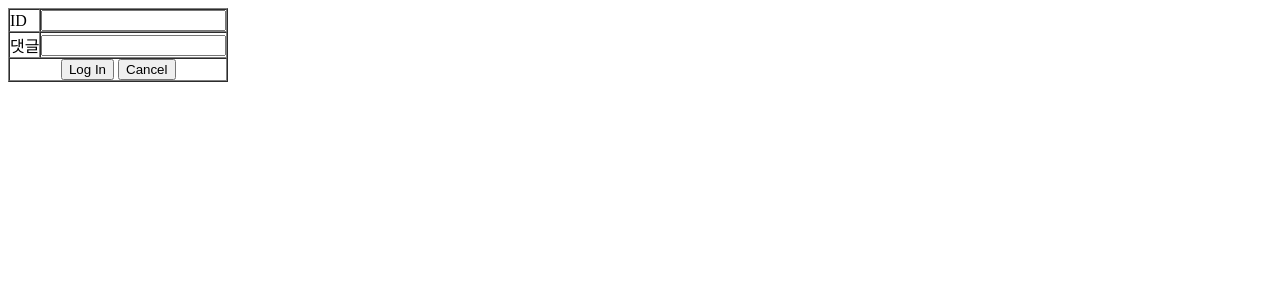
Repository: kms2413/project
Page: testing/WebContent/06_JSP/14_bean.html
An editor plug-in stored every save of this project. The page is shown before and after the next save, followed by the edit.
The browser window is 1280 px wide. The pictures show the whole page.

Above is the page before, as saved 2014-09-11 01:42:00.

After the next save:
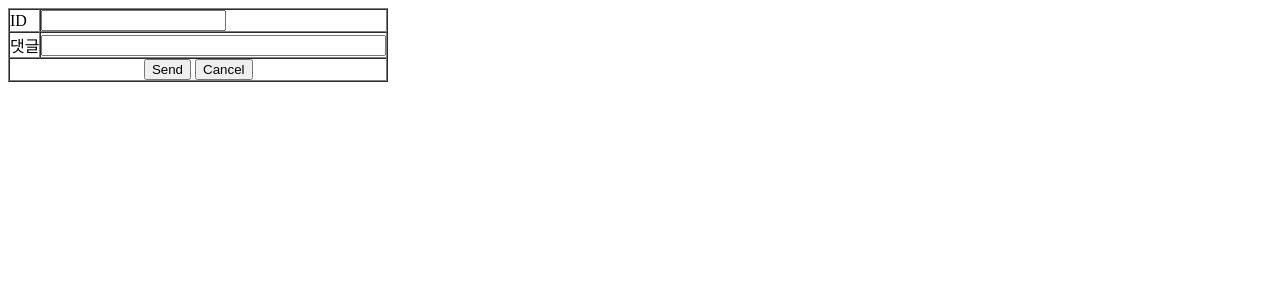
Saved 12 s later.
--- a/testing/WebContent/06_JSP/14_bean.html
+++ b/testing/WebContent/06_JSP/14_bean.html
@@ -14,12 +14,12 @@
 
 		<tr>
 			<td>댓글</td>
-			<td><input type = "text" name = "message" maxlength="15"/></td>
+			<td><input type = "text" name = "message" size="40"/></td>
 		</tr>
 
 		<tr>
 			<td colspan ="2" align = "center">
-				<input type ="submit" value = "Log In"/>
+				<input type ="submit" value = "Send"/>
 				<input type = "reset" value = "Cancel"/>
 			</td>
 		</table>
